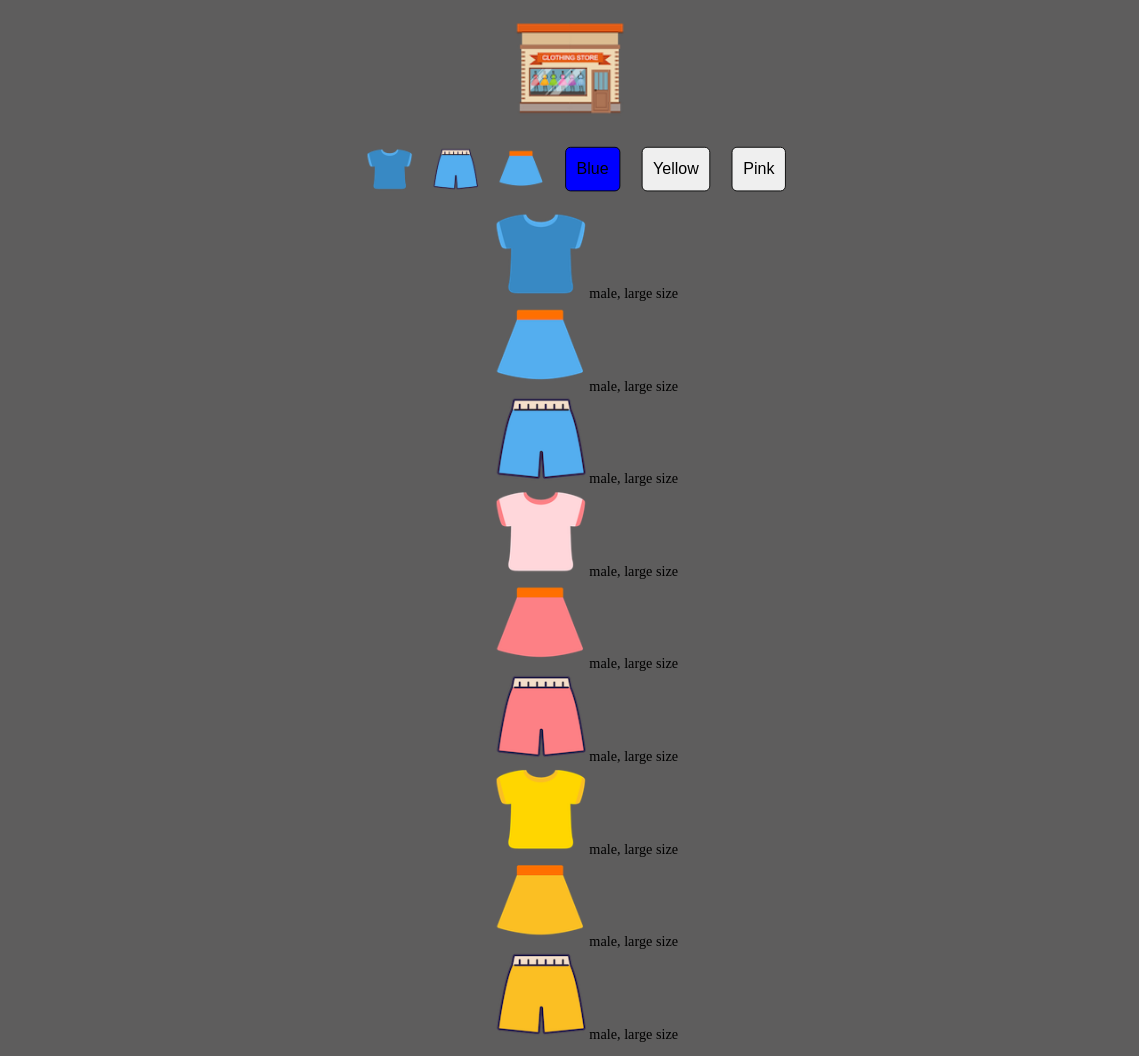
Repository: keehoonjung/Shoppingmall-Game
Page: index.html
An editor plug-in stored every save of this project. The page is shown before and after the next save, followed by the edit.
The browser window is 1280 px wide. The pictures show the whole page, at 89% of full size.

Above is the page before, as saved 2021-08-12 13:36:55.

### index.html
<!DOCTYPE html>
<html lang="en">
<head>
    <meta charset="UTF-8">
    <meta http-equiv="X-UA-Compatible" content="IE=edge">
    <meta name="viewport" content="width=device-width, initial-scale=1.0">
    <title>Shoppingamll Game</title>
    <link rel="stylesheet" href="style.css">
    <script src="main.js" defer></script>
</head>
<body>
    <header>
        <img src="./imgs/logo.png" alt="header" class="header__logo">
    </header>
    <ul class="filter">
        <li class="filter__btn">
            <img src="./imgs/blue_t.png" alt="shirt" class="shirt">
        </li>
        <li class="filter__btn">
            <img src="./imgs/blue_p.png" alt="pants" class="pants">
        </li>
        <li class="filter__btn">
            <img src="./imgs/blue_s.png" alt="" class="skirts">
        </li>
        <li class="filter__btn">
            <button class="blue">
                Blue
            </button>
        </li>
        <li class="filter__btn">
            <button class="yellow">
                Yellow
            </button>
        </li>
        <li class="filter__btn">
            <button class="pink">
                Pink
            </button>
        </li>
    </ul>
    <ul class="items">
        <li class="item">
            <img src="./imgs/blue_t.png" alt="blueshirt">
            <span>male, large size</span>
        </li>
        <li class="item">
            <img src="./imgs/blue_s.png" alt="blueshirt">
            <span>male, large size</span>
        </li>
        <li class="item">
            <img src="./imgs/blue_p.png" alt="blueshirt">
            <span>male, large size</span>
        </li>
        <li class="item">
            <img src="./imgs/pink_t.png" alt="blueshirt">
            <span>male, large size</span>
        </li>
        <li class="item">
            <img src="./imgs/pink_s.png" alt="blueshirt">
            <span>male, large size</span>
        </li>
        <li class="item">
            <img src="./imgs/pink_p.png" alt="blueshirt">
            <span>male, large size</span>
        </li>
        <li class="item">
            <img src="./imgs/yellow_t.png" alt="blueshirt">
            <span>male, large size</span>
        </li>
        <li class="item">
            <img src="./imgs/yellow_s.png" alt="blueshirt">
            <span>male, large size</span>
        </li>
        <li class="item">
            <img src="./imgs/yellow_p.png" alt="blueshirt">
            <span>male, large size</span>
        </li>
    </ul>
</body>
</html>

### style.css
* {
  box-sizing: border-box;
}

body {
  background-color: rgb(94, 93, 93);
  text-align: center;
  margin: 0;
}

ul {
  list-style: none;
}

button {
  border: 1px solid black;
  outline: none;
  border-radius: 6px;
  display: inline-block;
  height: 50px;
  padding: 8px 12px;
  font-size: 18px;
}

header {
  margin-top: 20px;
}

.header__logo {
  width: 125px;
}

.filter {
  display: flex;
  justify-content: center;
}

.filter__btn {
  padding-right: 24px;
}

.filter__btn img {
  height: 50px;
}

.blue {
  background-color: blue;
}

Loaded but not shown: main.js (no copy from this time; the picture is the same without it)

After the next save:
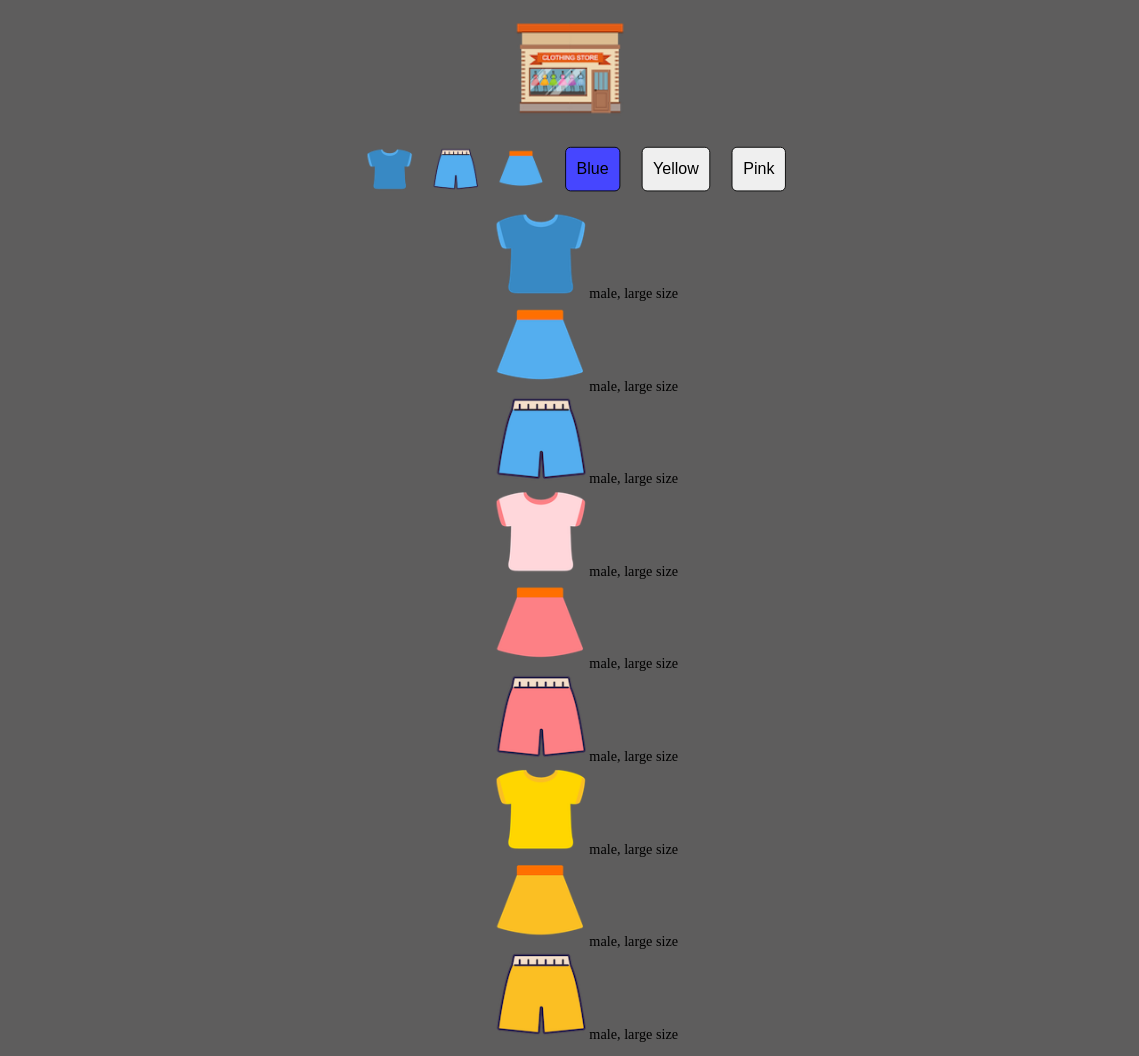
Saved 90 s later.
--- a/style.css
+++ b/style.css
@@ -44,5 +44,5 @@ header {
 }
 
 .blue {
-  background-color: blue;
+  background-color: rgb(70, 70, 255);
 }
